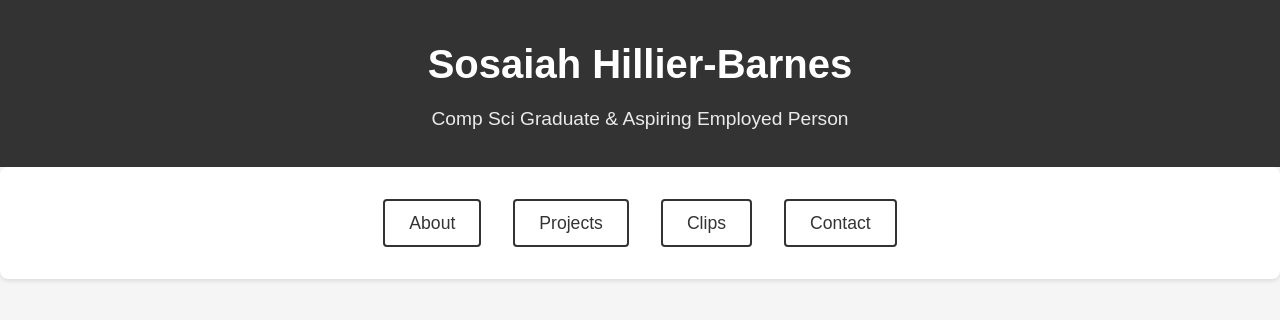
Repository: Hillier-Barnes/PortfolioWebsiteNew
Page: /
These files come from the project's save history. The page is drawn as it stood at one moment and after the next save; the edit follows.
The browser window is 1280 px wide. The pictures show the whole page.
The project was rebuilt for these pictures with package versions that can differ from the ones it lists, and the page was loaded fresh each time. Also part of the build but not shown: vite.config.js.

Above is the page before, as saved 2025-11-12 14:34:30.

### index.html
<!DOCTYPE html>
<html lang="en">
<head>
  <meta charset="UTF-8">
  <meta name="viewport" content="width=device-width, initial-scale=1">
  <title>My Portfolio</title>
  <link rel="stylesheet" href="styles.css">
</head>

<body>
  <header>
    <h1>Sosaiah Hillier-Barnes</h1>
    <p>Comp Sci Graduate &amp; Aspiring Employed Person</p>
  </header>

  <main class="container">
    <section class="projects" id="projects">
        <nav>
            <a href="#about">About</a>
            <a href="#projects">Projects</a>
            <a href="#clips">Clips</a>
            <a href="#contact">Contact</a>
          </nav>
    </section>
  </main>
</body>
</html>

### styles.css
/* Simple Reset */
* {
  margin: 0;
  padding: 0;
  box-sizing: border-box;
}

body {
  font-family: Arial, sans-serif;
  line-height: 1.6;
  color: #333;
  background-color: #f5f5f5;
}

/* Header */
header {
  background-color: #333;
  color: white;
  padding: 2rem;
  text-align: center;
}

header h1 {
  font-size: 2.5rem;
  margin-bottom: 0.5rem;
}

header p {
  font-size: 1.2rem;
  opacity: 0.9;
}


/* Navigation */
nav {
  display: flex;
  justify-content: center;
  gap: 2rem;
  flex-wrap: wrap;
  padding: 2rem;
  background-color: white;
  border-radius: 8px;
  box-shadow: 0 2px 4px rgba(0,0,0,0.1);
}

nav a {
  color: #333;
  text-decoration: none;
  font-size: 1.1rem;
  padding: 0.5rem 1.5rem;
  border: 2px solid #333;
  border-radius: 4px;
  transition: all 0.3s ease;
}

nav a:hover {
  background-color: #333;
  color: white;
}

/* Responsive */
@media (max-width: 768px) {
  header h1 {
    font-size: 2rem;
  }

  nav {
    flex-direction: column;
    gap: 1rem;
  }

  nav a {
    text-align: center;
  }
}

After the next save:
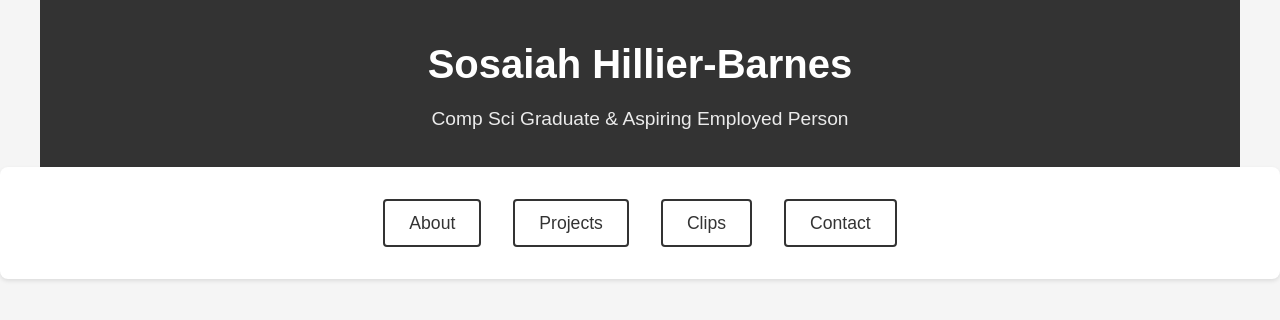
Saved 33 s later.
--- a/styles.css
+++ b/styles.css
@@ -18,6 +18,8 @@
   color: white;
   padding: 2rem;
   text-align: center;
+  max-width: 1200px;
+  margin: 0 auto;
 }
 
 header h1 {

After the save that followed:
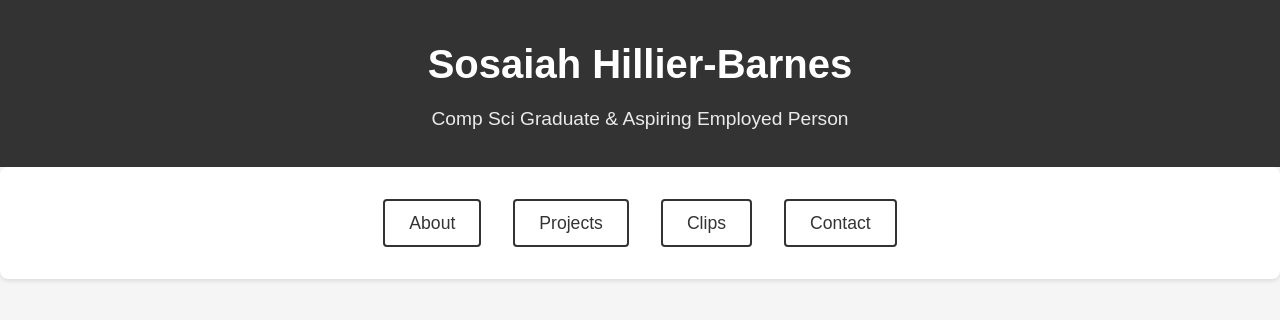
Saved 10 s later.
--- a/styles.css
+++ b/styles.css
@@ -18,8 +18,6 @@
   color: white;
   padding: 2rem;
   text-align: center;
-  max-width: 1200px;
-  margin: 0 auto;
 }
 
 header h1 {
